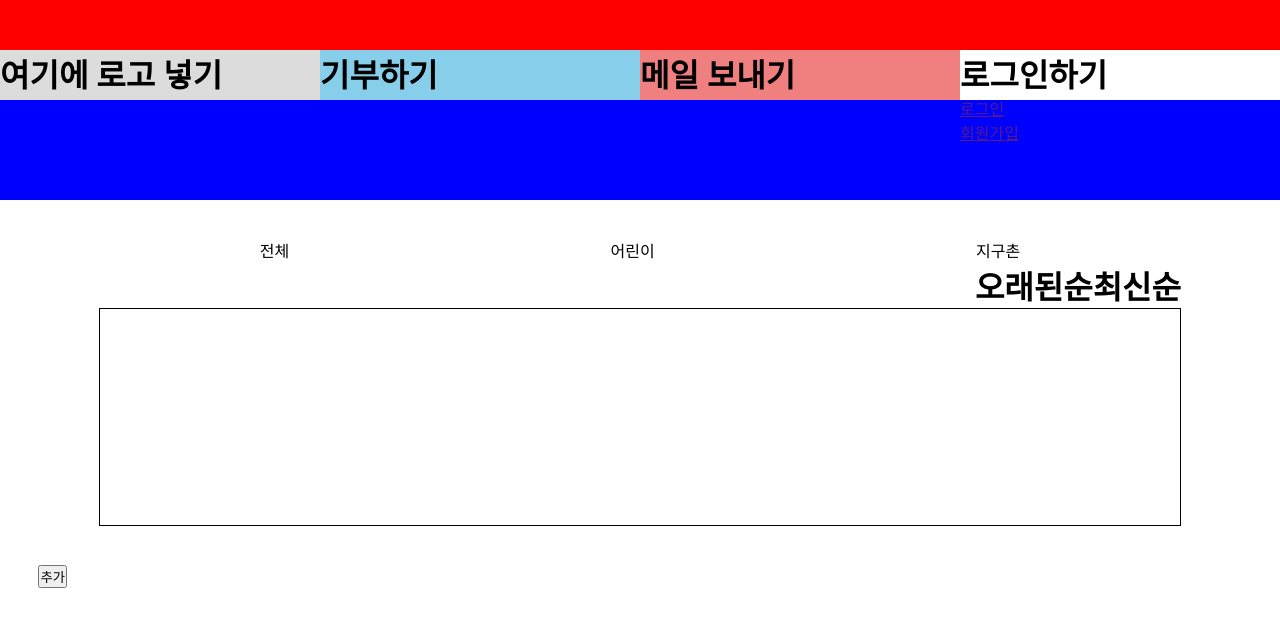
Repository: Yeojin0523/Survey
Page: http://localhost/Blog/Blog/list.jsp
These files come from the project's save history. The page is drawn as it stood at one moment and after the next save; the edit follows.
The browser window is 1280 px wide. The pictures show the whole page.
The page is served by Tomcat 9. The template is opened directly, without the code that normally fills it, so the values that code supplies are empty.

Above is the page before, as saved 2024-07-29 08:39:52.

After the next save:
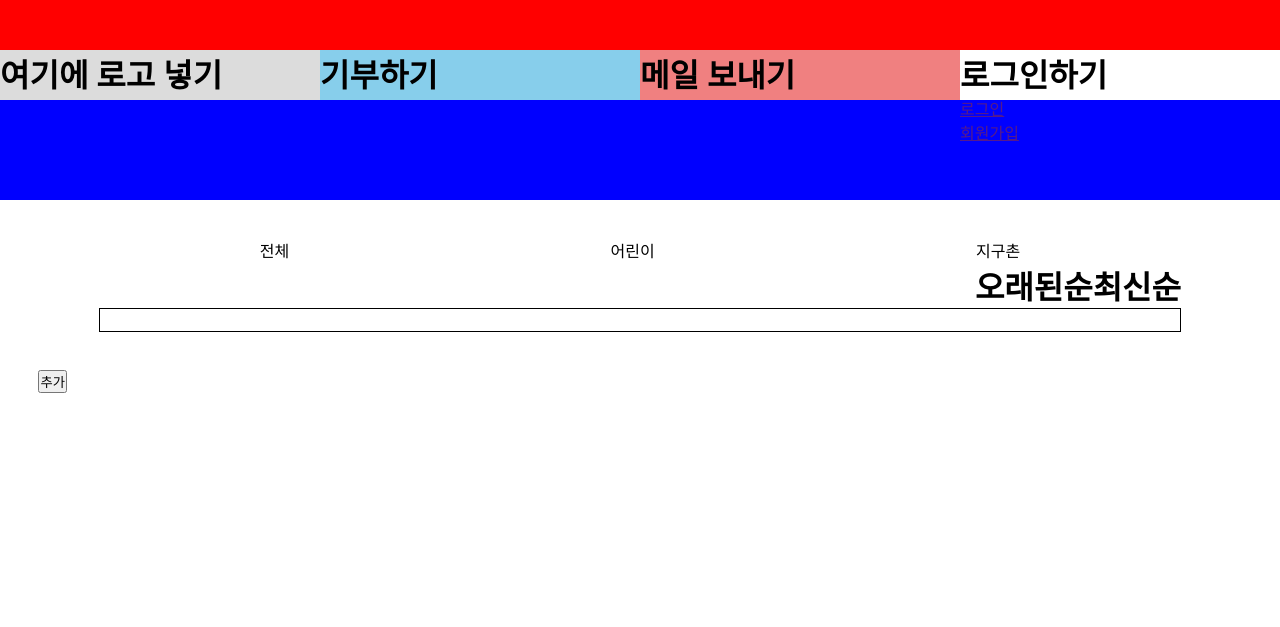
Saved 45 s later.
--- a/Blog/src/main/webapp/Blog/list.css
+++ b/Blog/src/main/webapp/Blog/list.css
@@ -62,7 +62,7 @@ table, td, th{
 	margin-top:3%;
 }
 .inner_table{
-	margin-top:20%;
+	margin-top:2%;
 	width:50%;
 	height:50%;
 }
